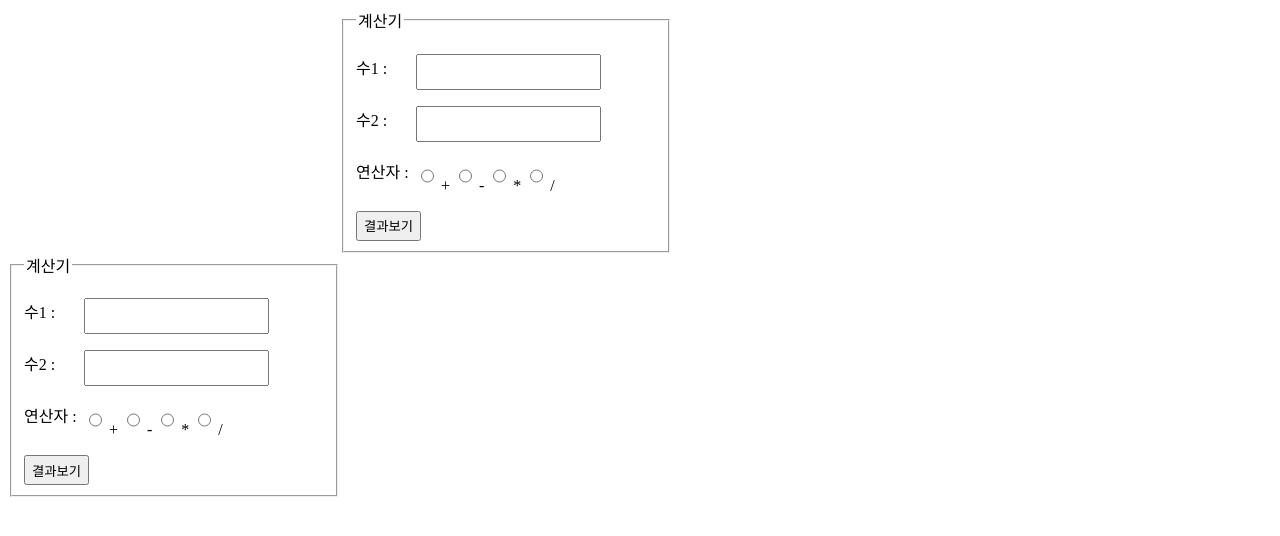
Repository: Kebiskim/2023_jspStudy
Page: 01_servlet/src/main/webapp/view/Ex07.html
An editor plug-in stored every save of this project. The page is shown before and after the next save, followed by the edit.
The browser window is 1280 px wide. The pictures show the whole page.

Above is the page before, as saved 2023-06-30 05:39:47.

### 01_servlet/src/main/webapp/view/Ex07.html
<!DOCTYPE html>
<html>
<head>
<meta charset="UTF-8">
<title>Calculator</title>
<style type="text/css">
	fieldset{
		width: 300px;

	}
	#mydiv{
		width: 600px;
		margin: auto;
	}
	label{
		width: 60px;
		height: 20px;
		float: left;
		line-height: 30px;
	}
	input{
		height: 30px;
	}
</style>
</head>
<body>
	<!-- <div id="border1">
		<p>계산기</p>
		<p>수1: <input type="text" name="num1" id="num1"></p>
		<p>수2: <input type="text" name="num2" id="num2"></p>
		<p>연산자: <input type="radio" name="chk_info" value="CSS">+
				 <input type="radio" name="chk_info" value="CSS">-
				 <input type="radio" name="chk_info" value="CSS">*
				 <input type="radio" name="chk_info" value="CSS">/
		</p>
		<button>결과보기</button>
	</div> -->

	<div id="mydiv">
		<form action="/01_servlet/Ex07" method="post">
			<!-- 맨 위 제목 포함해서 전체 내용 감싸는 박스 => fieldset -->
			<fieldset>
				<legend>계산기</legend>
				<p><label for="s1">수1 : </label>
				<input type="number" name="num1" id="num1" required="required"></p>
				<p><label for="s1">수2 : </label>
				<input type="number" name="num2" id="num2" required="required"></p>
				<p><label for="op">연산자 : </label>
					<input type="radio" name="op" value="+"> +
					<input type="radio" name="op" value="-"> -
					<input type="radio" name="op" value="*"> *
					<input type="radio" name="op" value="/"> /
				</p>
					<input type="submit" value="결과보기">
			</fieldset>
		</form>
	</div>

	<div id="mydiv2">
		<form action="/01_servlet/Ex07" method="post">
			<!-- 맨 위 제목 포함해서 전체 내용 감싸는 박스 => fieldset -->
			<fieldset>
				<legend>계산기</legend>
				<p><label for="s1">수1 : </label>
				<input type="number" name="num1" id="num1" required="required"></p>
				<p><label for="s1">수2 : </label>
				<input type="number" name="num2" id="num2" required="required"></p>
				<p><label for="op">연산자 : </label>
					<input type="radio" name="op" value="+"> +
					<input type="radio" name="op" value="-"> -
					<input type="radio" name="op" value="*"> *
					<input type="radio" name="op" value="/"> /
				</p>
					<input type="submit" value="결과보기">
			</fieldset>
		</form>
	</div>
</body>
</html>

After the next save:
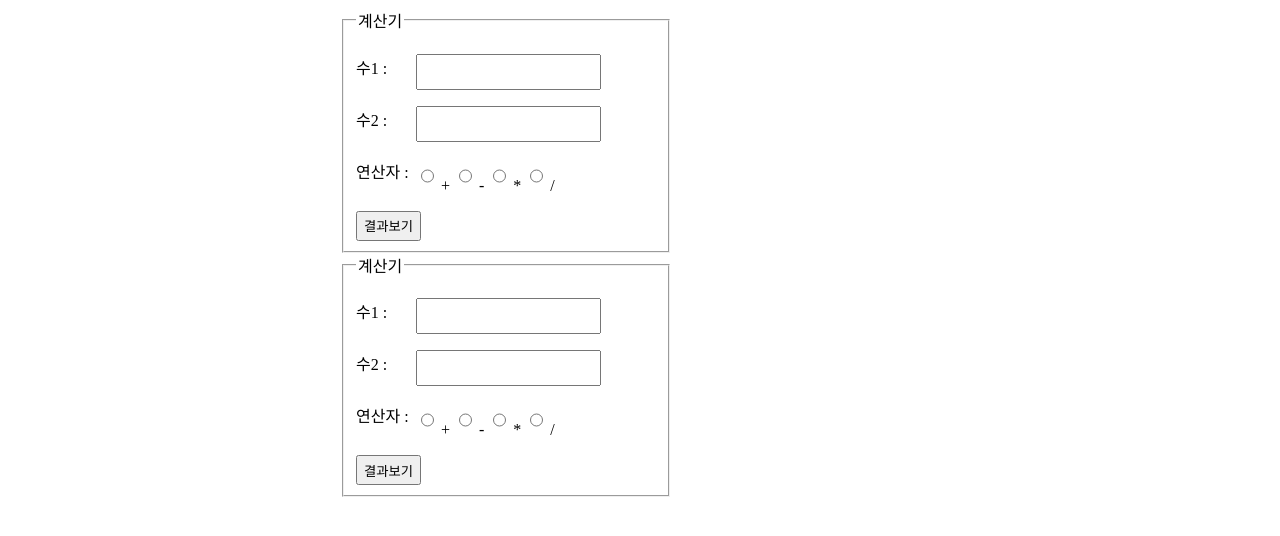
Saved 5 s later.
--- a/01_servlet/src/main/webapp/view/Ex07.html
+++ b/01_servlet/src/main/webapp/view/Ex07.html
@@ -8,7 +8,7 @@
 		width: 300px;
 
 	}
-	#mydiv{
+	#mydiv, #mydiv2{
 		width: 600px;
 		margin: auto;
 	}
